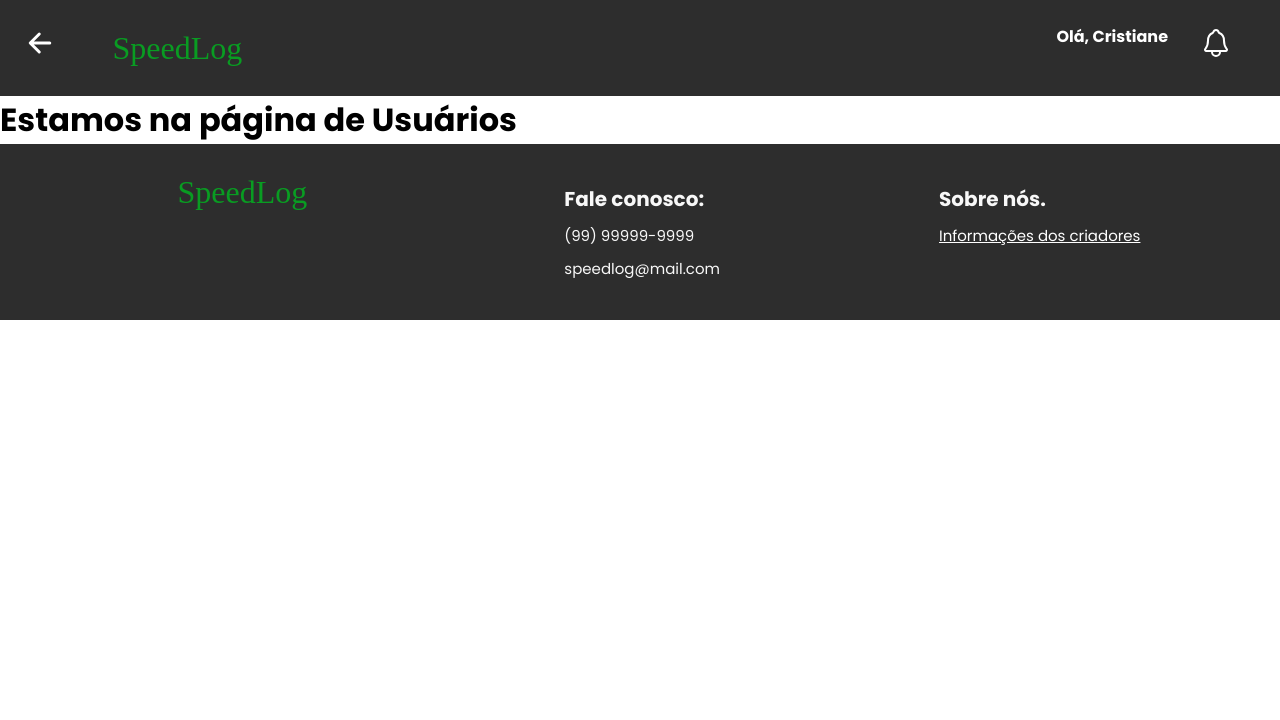
Repository: crisholiveira/speedlog
Page: http://localhost/usuarios/
An editor plug-in stored every save of this project. The page is shown before and after the next save, followed by the edit.
The browser window is 1280 px wide. The pictures show the whole page.
Some web fonts or font styles are not loaded; a fallback is used. The page is served by the project's Node server (app.js).

Above is the page before, as saved 2022-01-23 18:22:55.

After the next save:
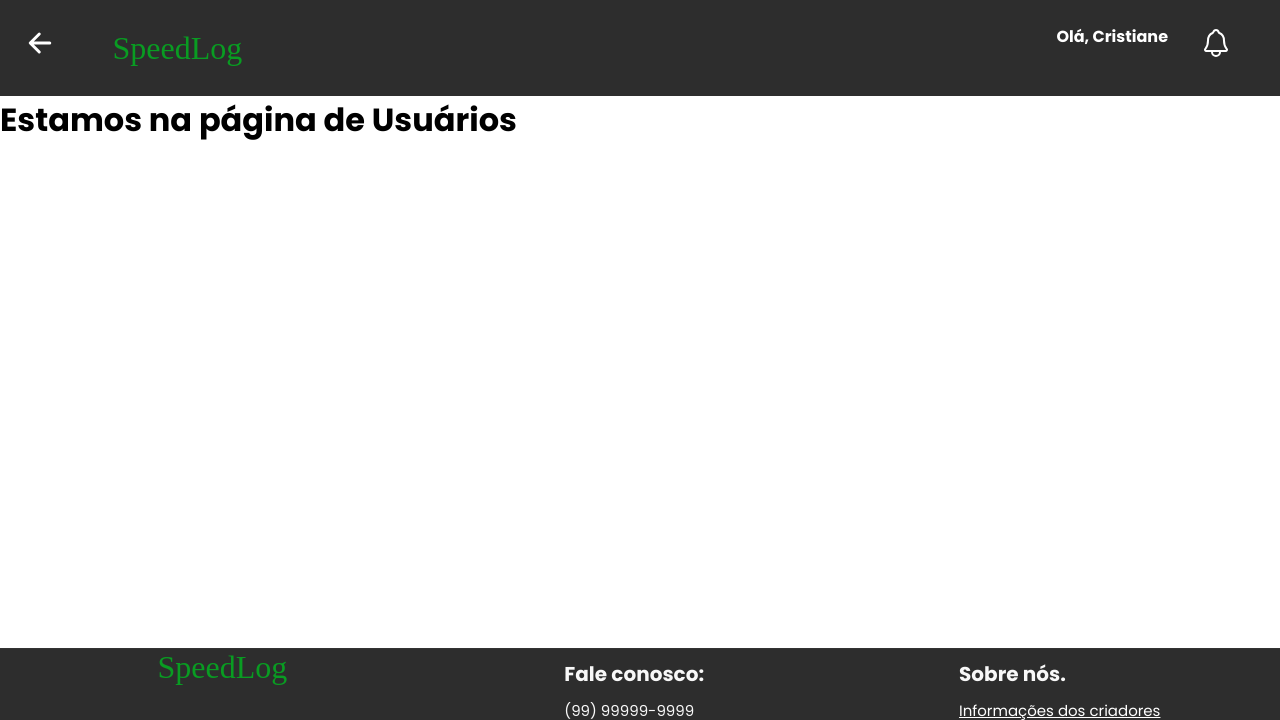
Saved 5 min 25 s later.
--- a/public/stylesheets/footer.css
+++ b/public/stylesheets/footer.css
@@ -10,11 +10,19 @@ footer{
     min-height: 10vh;
     background-color:#2d2d2d;
     color: rgb(248, 248, 248);
+    /**
     padding: 30px;
     position: absolute;
     margin-bottom: 0px;
     width: 100%;
+    **/
 
+      border-top: 1px solid #333;
+    bottom: 0;
+    left: 0;
+    height: 40px;
+    position: fixed;
+    width: 100%;
 
 }
 
